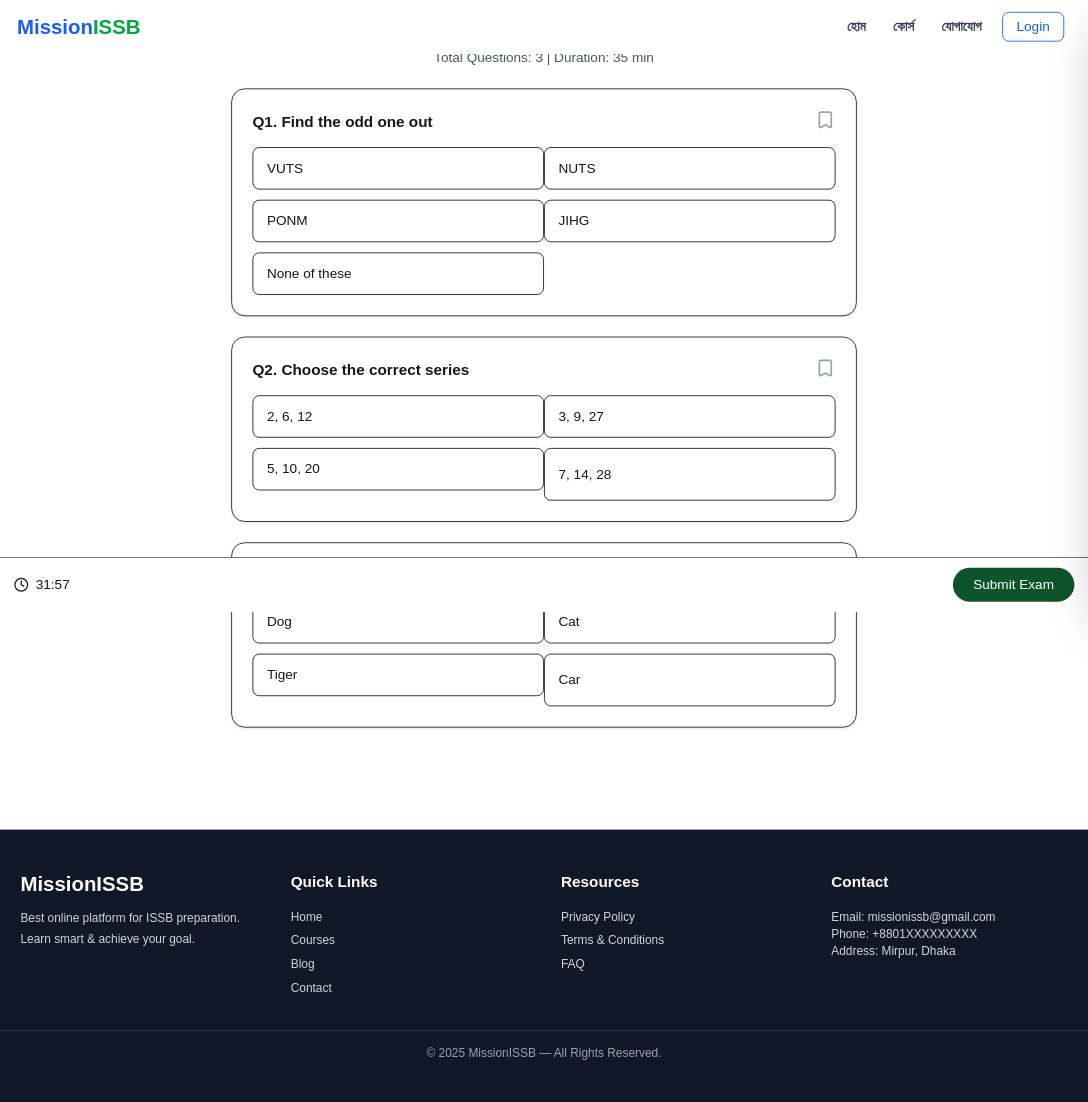
Repository: mdmuhibullahhabib/missionissb
Page: /exam/verbal-model-test-01
These files come from the project's save history. The page is drawn as it stood at one moment and after the next save; the edit follows.
The browser window is 1280 px wide. The pictures show the whole page, at 85% of full size.
The page's requests for data from a server got no answer. The project was rebuilt for these pictures with package versions that can differ from the ones it lists, and the page was loaded fresh each time. The framework's server and built-in components were replaced by stand-ins that run in the browser. No one was signed in, and anything a server would have sent is missing. Also part of the build but not shown: next.config.mjs, app/exam/[id]/components/SubmitModal.jsx.

Above is the page before, as saved 2025-12-15 16:53:00.

After the next save:
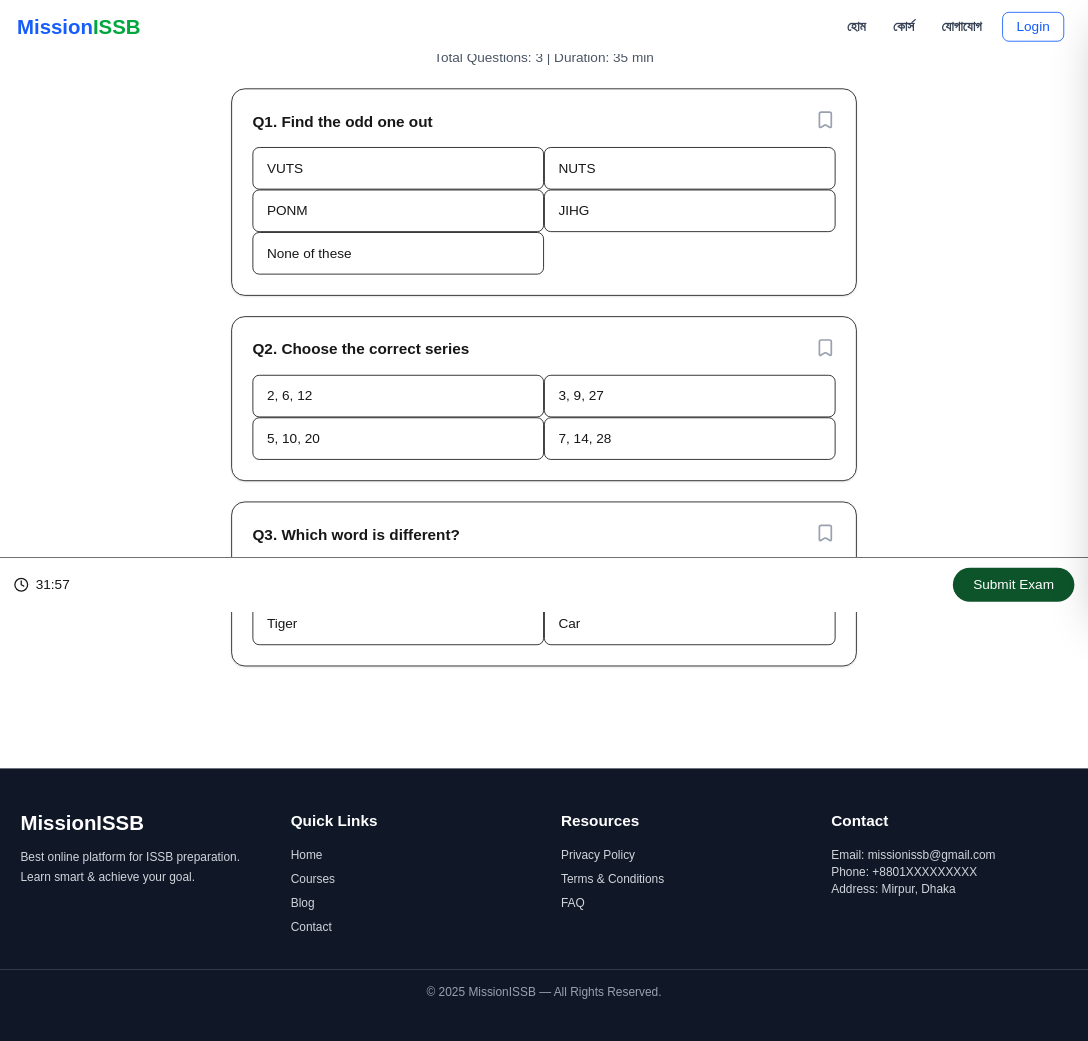
Saved 17 s later.
--- a/app/exam/[id]/components/McqCard.jsx
+++ b/app/exam/[id]/components/McqCard.jsx
@@ -21,7 +21,7 @@ const McqCard = ({
       </div>
 
       {/* Options */}
-      <div className="space-y-3 grid md:grid-cols-2">
+      <div className="space-3 grid md:grid-cols-2">
         {options.map((opt, idx) => (
           <button
             key={idx}
